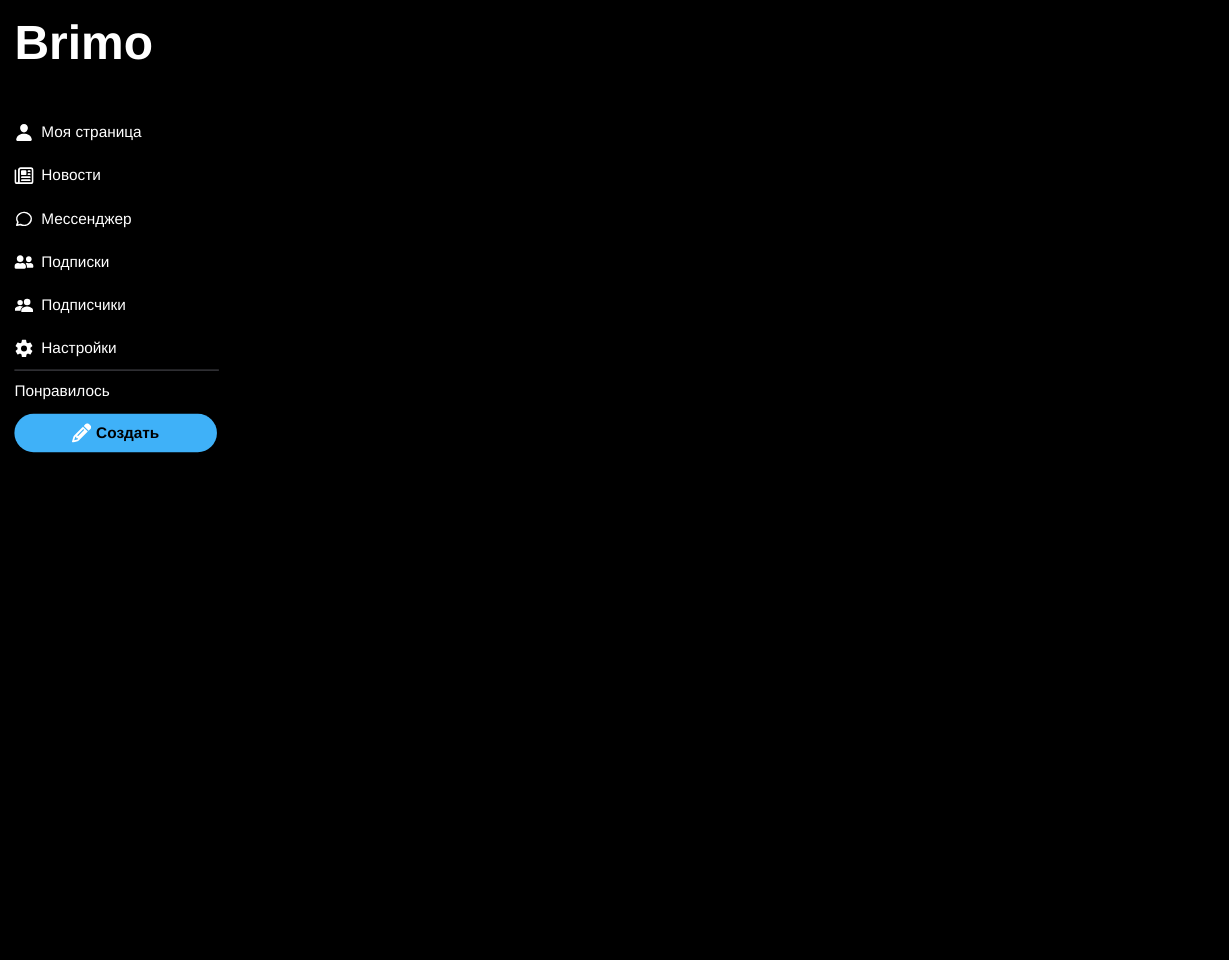
Repository: MaksimKrupkin/socialNetwork
Page: / (app in frontend/socialNetworkFrontend/)
These files come from the project's save history. The page is drawn as it stood at one moment and after the next save; the edit follows.
The browser window is 1280 px wide. The pictures show the whole page, at 96% of full size.
The project was rebuilt for these pictures with package versions that can differ from the ones it lists, and the page was loaded fresh each time. Also part of the build but not shown: frontend/socialNetworkFrontend/vite.config.js, frontend/socialNetworkFrontend/src/index.css.

Above is the page before, as saved 2024-11-27 20:21:02.

After the next save:
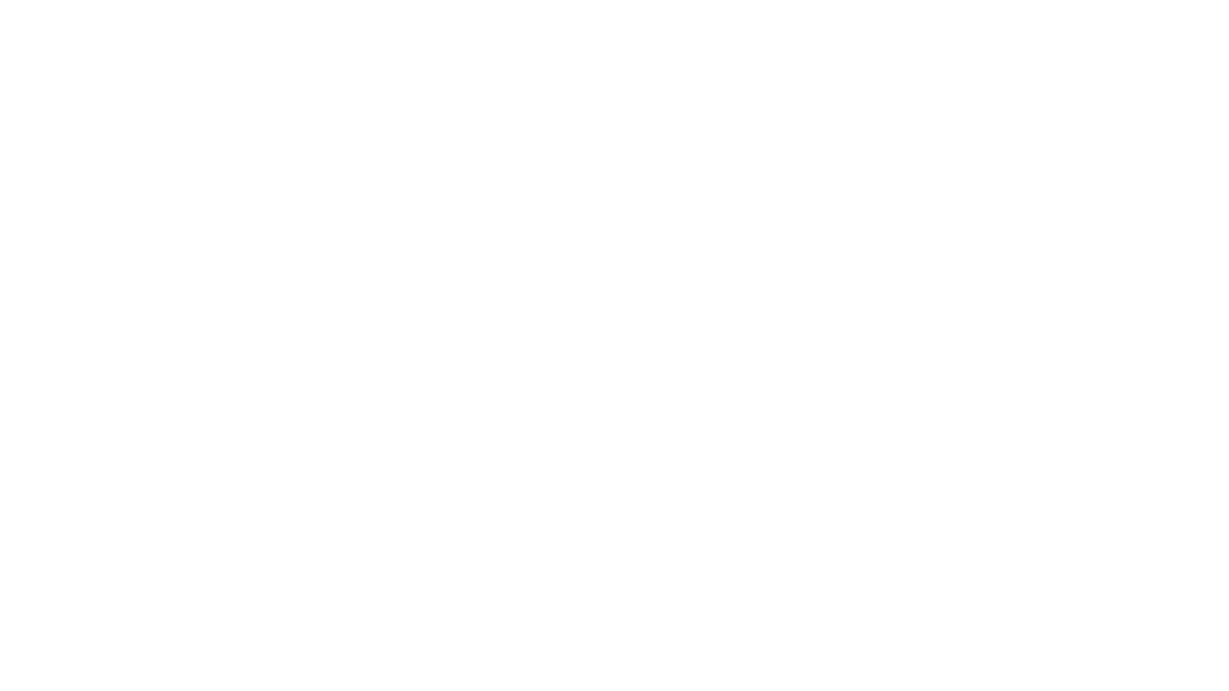
Console error: ReferenceError: black is not defined
Saved 14 s later.
--- a/frontend/socialNetworkFrontend/src/Components/Navigation/Navigation.jsx
+++ b/frontend/socialNetworkFrontend/src/Components/Navigation/Navigation.jsx
@@ -40,7 +40,7 @@
         <span className={styles.text}>Понравилось</span>
       </div>
       <div className={styles.create_new}>
-        <FaPencil fontSize={20} />
+        <FaPencil fontSize={20} color={black} />
         <span className={styles.button_text}>Создать</span>
       </div>
     </div>

After the 2 saves that followed:
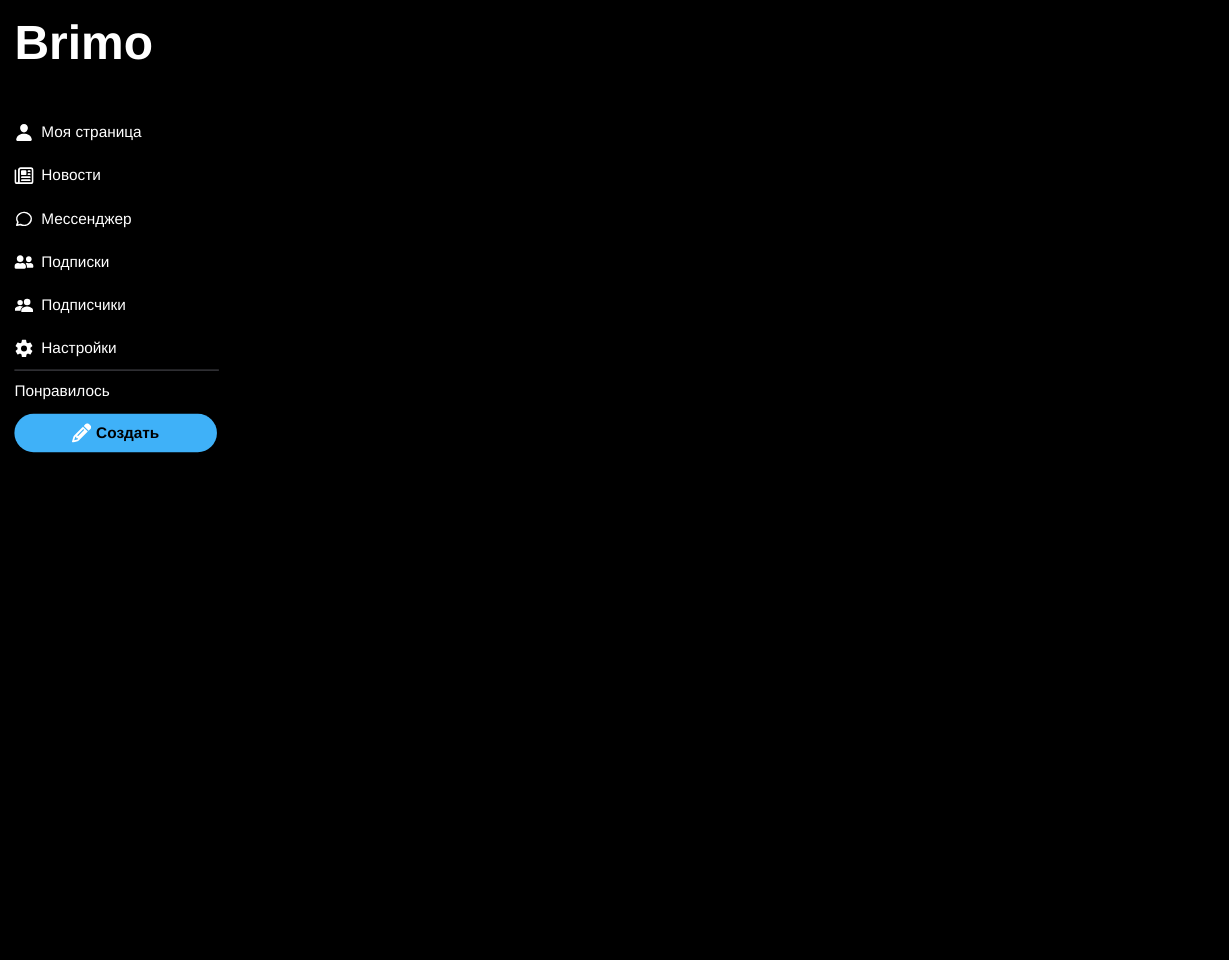
The error is gone.
The 2 saves are shown as one change because they came seconds apart.
The last was saved 8 s later.
--- a/frontend/socialNetworkFrontend/src/Components/Navigation/Navigation.jsx
+++ b/frontend/socialNetworkFrontend/src/Components/Navigation/Navigation.jsx
@@ -40,7 +40,7 @@
         <span className={styles.text}>Понравилось</span>
       </div>
       <div className={styles.create_new}>
-        <FaPencil fontSize={20} color={black} />
+        <FaPencil fontSize={20} />
         <span className={styles.button_text}>Создать</span>
       </div>
     </div>
